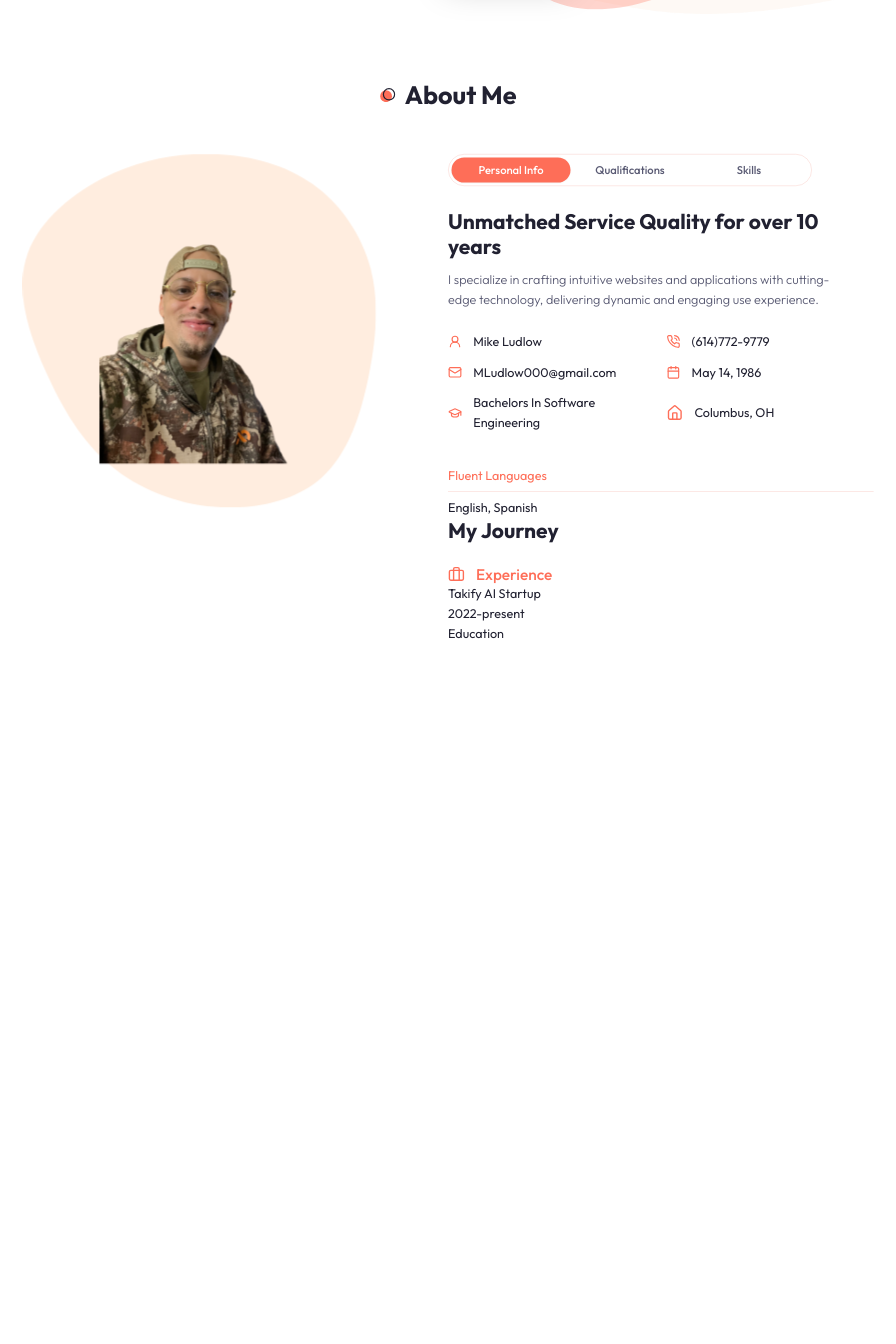
Repository: MikeeBuilds/mike-port
Page: /
The author's editor kept a copy of each file at every save. The page is drawn from the files as they stood at one save, then again after the next save.
The browser window is 1280 px wide. The pictures show the part of the page from y = 687 to 2607 px (the page is 5591 px tall), at 70% of full size.
The project was rebuilt for these pictures with package versions that can differ from the ones it lists, and the page was loaded fresh each time. The framework's server and built-in components were replaced by stand-ins that run in the browser. Also part of the build but not shown: next.config.js.

Above is the page before, as saved 2023-11-30 22:17:28.

After the next save:
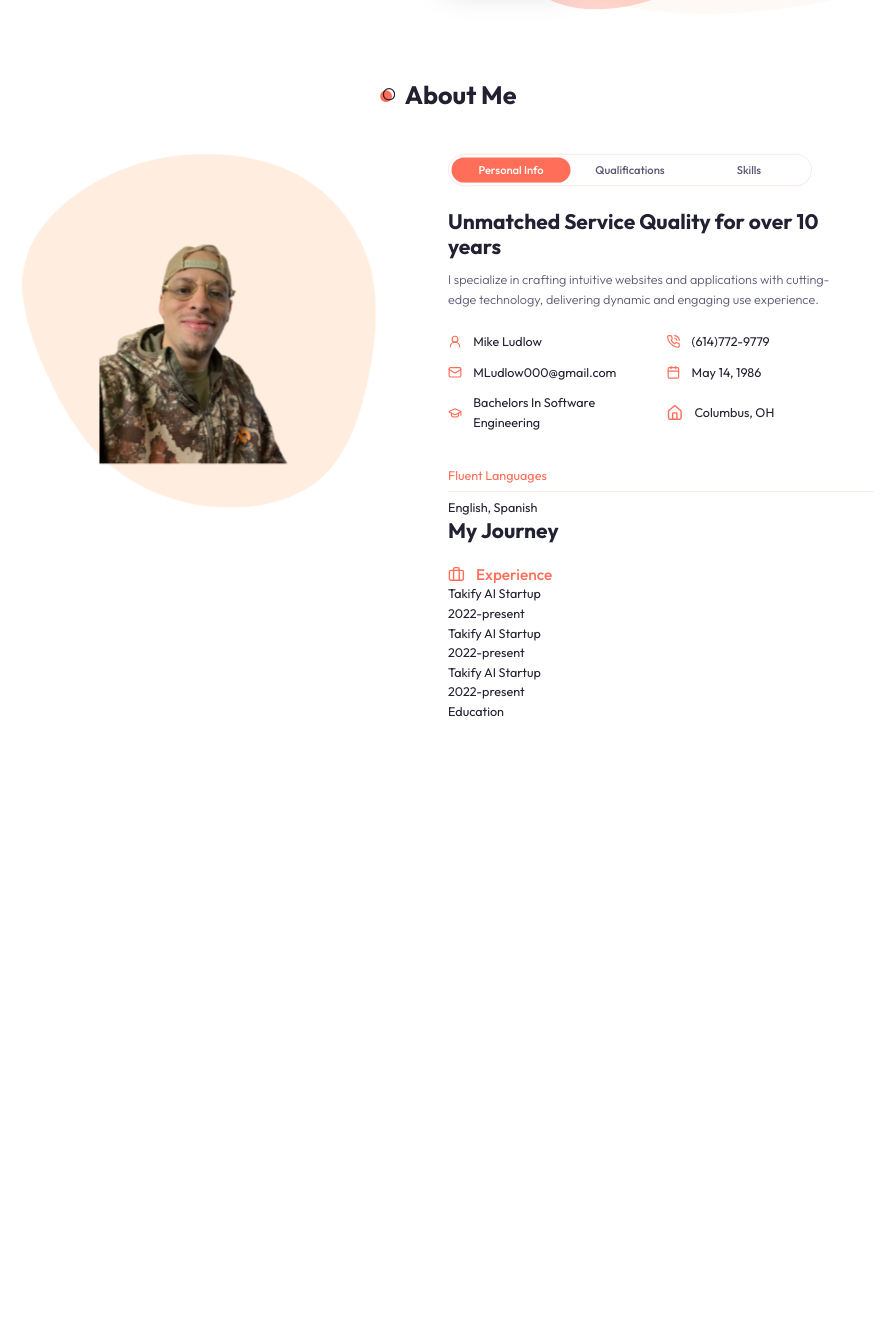
Saved 63 s later.
--- a/components/About.jsx
+++ b/components/About.jsx
@@ -68,16 +68,16 @@ const qualificationData = [
         qualification: "Software Developer",
         years: "2022-present",
       },
-      // {
-      //   company: 'Takify AI Startup',
-      //   qualification: 'Software Developer',
-      //   years: '2022-present'
-      // },
-      // {
-      //   company: 'Takify AI Startup',
-      //   qualification: 'Software Developer',
-      //   years: '2022-present'
-      // },
+      {
+        company: 'Takify AI Startup',
+        qualification: 'Software Developer',
+        years: '2022-present'
+      },
+      {
+        company: 'Takify AI Startup',
+        qualification: 'Software Developer',
+        years: '2022-present'
+      },
     ],
   },
 ];
